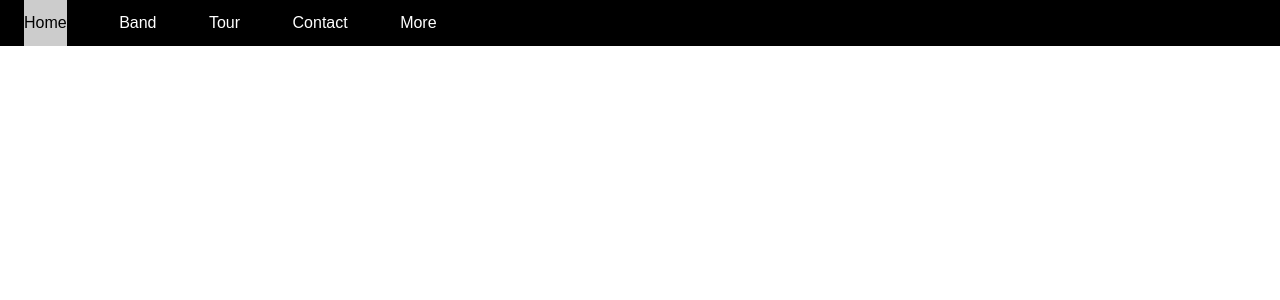
Repository: quochung2k3/Web-Team
Page: index.html
The author's editor kept a copy of each file at every save. The page is drawn from the files as they stood at one save, then again after the next save.
The browser window is 1280 px wide. The pictures show the whole page.

Above is the page before, as saved 2023-08-03 09:49:01.

### index.html
<!DOCTYPE html>
<html lang="en">
<head>
    <meta charset="UTF-8">
    <meta name="viewport" content="width=device-width, initial-scale=1.0">
    <title>Web The Band</title>
    <link rel="stylesheet" href="./assets/css/style.css">
</head>
<body>
    <div id="main">
        <div id="header">
            <ul id="nav">
                <li><a href="">Home</a></li>
                <li><a href="">Band</a></li>
                <li><a href="">Tour</a></li>
                <li><a href="">Contact</a></li>
                <li>
                    <a href="">More</a>
                    <ul class="subnav">
                        <li><a href=""></a>Merchandise</li>
                        <li><a href=""></a>Extras</li>
                        <li><a href=""></a>Media</li>
                    </ul>
                </li>
            </ul>
        </div>

        <div id="slider">

        </div>

        <div id="content">

        </div>

        <div id="footer">

        </div>
    </div>
</body>
</html>

### assets/css/style.css
* {
    padding: 0;
    margin: 0;
    box-sizing: border-box;
}

html {
    font-family: Arial, Helvetica, sans-serif;
}

#main {

}

#header {
    height: 46px;
    background-color: #000;
}

#nav {

}

#nav li {
    display: inline-block;
}

#nav li:hover a{
    background-color: #ccc;
    color: #000;
}

#nav li a {
    text-decoration: none;
    color: #fff;
    line-height: 46px;
    margin: 0px 24px;
    display: inline-block;
}

#nav .subnav {
    display: none;
}

#slider {

}

#content {

}

#footer {

}

After the next save:
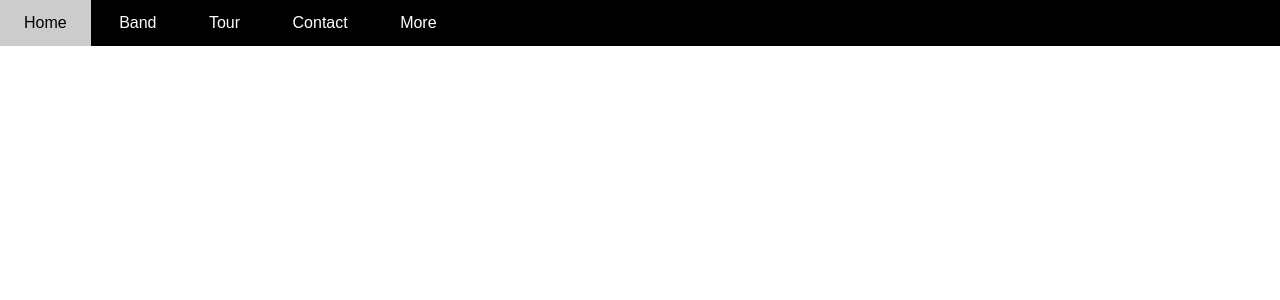
Saved 5 s later.
--- a/assets/css/style.css
+++ b/assets/css/style.css
@@ -34,7 +34,7 @@
     text-decoration: none;
     color: #fff;
     line-height: 46px;
-    margin: 0px 24px;
+    padding: 0px 24px;
     display: inline-block;
 }
 
